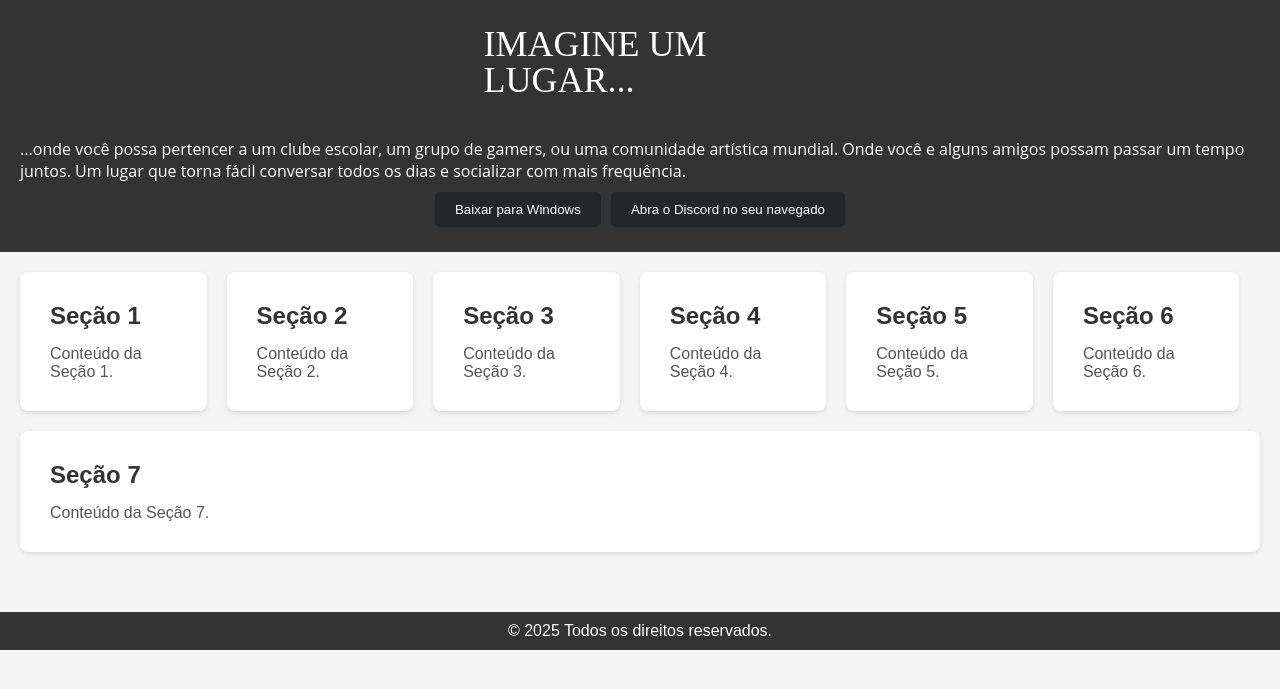
Repository: gustavotwist/projeto-discord
Page: index.html
An editor plug-in stored every save of this project. The page is shown before and after a run of saves, followed by the edit.
The browser window is 1280 px wide. The pictures show the whole page.

Above is the page before, as saved 2025-03-10 10:14:44.

### index.html
<!DOCTYPE html>
<html lang="pt-br">
<head>
    <meta charset="UTF-8">
    <meta name="viewport" content="width=device-width, initial-scale=1.0">
    <title>Desafio de Responsividade</title>
    <link rel="stylesheet" href="/css/style.css">
</head>
<body>
    <!-- Header -->
    <header>
        <h1>IMAGINE UM LUGAR...</h1>
        <p>...onde você possa pertencer a um clube escolar, um grupo de gamers, ou uma comunidade artística mundial. Onde você e alguns amigos possam passar um tempo juntos. Um lugar que torna fácil conversar todos os dias e socializar com mais frequência.</p>
        <div class="header-buttons">
            <button class="btn login-btn">Baixar para Windows</button>
            <button class="btn signup-btn">Abra o Discord no seu navegado</button>
        </div>
    </header>

    <!-- Main -->
    <main>
        <!-- Container para as 7 seções (6 lado a lado e a 7ª embaixo) -->
        <div class="section-container">
            <!-- Section 1 -->
            <section id="section1">
                <h2>Seção 1</h2>
                <p>Conteúdo da Seção 1.</p>
            </section>

            <!-- Section 2 -->
            <section id="section2">
                <h2>Seção 2</h2>
                <p>Conteúdo da Seção 2.</p>
            </section>

            <!-- Section 3 -->
            <section id="section3">
                <h2>Seção 3</h2>
                <p>Conteúdo da Seção 3.</p>
            </section>

            <!-- Section 4 -->
            <section id="section4">
                <h2>Seção 4</h2>
                <p>Conteúdo da Seção 4.</p>
            </section>

            <!-- Section 5 -->
            <section id="section5">
                <h2>Seção 5</h2>
                <p>Conteúdo da Seção 5.</p>
            </section>

            <!-- Section 6 -->
            <section id="section6">
                <h2>Seção 6</h2>
                <p>Conteúdo da Seção 6.</p>
            </section>

            <!-- Section 7 -->
            <section id="section7">
                <h2>Seção 7</h2>
                <p>Conteúdo da Seção 7.</p>
            </section>
        </div>
    </main>

    <!-- Footer -->
    <footer>
        <p>&copy; 2025 Todos os direitos reservados.</p>
    </footer>
</body>
</html>

### css/style.css
/* Reset de estilos */
* {
    margin: 0;
    padding: 0;
    box-sizing: border-box;
}

/* Corpo e fontes */
body {
    font-family: Arial, sans-serif;
    background-color: #f4f4f4;
    color: #333;
}

/* Header */
header {
    background-color: #333;
    color: white;
    display: flex;
    flex-direction: column;
    justify-content: center;
    align-items: center;
    padding: 20px;
    height: 35vh;
}

header h1 {
    font-family:Luckiest Guy;
    font-weight: 400;
    font-size: 36px;
    line-height: 100%;
    letter-spacing: 0%;
    width: 313px;
    height: 112px;
}

header p {
    font-family: Open Sans;
    font-weight: 400;
    font-size: 16px;

}


/* Botões no header */
/* Estilos para o contêiner de botões */
.header-buttons {
    display: flex;
    gap: 10px; /* Espaçamento entre os botões */
    margin-top: 10px; /* Distância entre os botões e a navegação */
    justify-content: center; /* Alinha os botões ao centro horizontalmente */
    align-items: center; /* Alinha os botões ao centro verticalmente */
}


/* Estilos gerais para os botões */
.header-buttons .btn {
    color: white;
    border: none;
    padding: 10px 20px;
    border-radius: 5px;
    cursor: pointer;
    transition: background-color 0.3s ease; /* Transição suave para o efeito de hover */
}

/* Botão de Entrar - Cor de fundo e hover específicos */
.header-buttons .login-btn {
    background-color: #23272A; /* Cor de fundo para o botão "Entrar" */
}

.header-buttons .login-btn:hover {
    background-color: #23272A ; /* Cor de fundo mais escura ao passar o mouse */
}

/* Botão de Registrar - Cor de fundo e hover específicos */
.header-buttons .signup-btn {
    background-color: #23272A; /* Cor de fundo para o botão "Registrar" */
}

.header-buttons .signup-btn:hover {
    background-color: #23272A; /* Cor de fundo mais escura ao passar o mouse */
}


/* Main */
main {
    padding: 20px;
}

/* Container para as 7 seções (6 lado a lado e a 7ª embaixo) */
.section-container {
    display: flex;
    flex-wrap: wrap; /* Para que as seções se ajustem em múltiplas linhas */
    gap: 20px; /* Espaçamento entre as seções */
}

/* Estilo para cada seção */
section {
    background-color: white;
    padding: 30px;
    margin: 0;
    border-radius: 8px;
    box-shadow: 0 2px 5px rgba(0, 0, 0, 0.1);
    transition: transform 0.3s ease;
}

/* Largura das seções */
section:nth-child(-n+6) {
    width: calc(16.66% - 20px); /* Para as 6 primeiras seções ficarem lado a lado */
}

section:nth-child(7) {
    width: 100%; /* A 7ª seção ocupa toda a largura da tela */
}

section h2 {
    margin-bottom: 15px;
    font-size: 1.5rem;
    color: #333;
}

section p {
    font-size: 1rem;
    color: #555;
}

section:hover {
    transform: translateY(-5px); /* Efeito de elevação ao passar o mouse */
}

/* Footer */
footer {
    background-color: #333;
    color: white;
    text-align: center;
    padding: 10px 0;
    margin-top: 40px;
}

/* Responsividade */
@media (max-width: 768px) {
    /* Ajuste para Header */
    header {
        flex-direction: column;
        align-items: flex-start;
        padding: 20px;
    }

    header nav ul {
        flex-direction: column;
        margin-top: 20px;
    }

    header nav ul li {
        margin-left: 0;
        margin-bottom: 10px;
    }

    /* Ajuste para Seções */
    section {
        width: 100%; /* Seções ocupam toda a largura em telas menores */
        padding: 20px;
    }

    /* Ajuste para Botões */
    .header-buttons {
        flex-direction: column;
        margin-top: 10px;
    }
}

@media (max-width: 480px) {
    /* Ajuste para texto no Footer */
    footer p {
        font-size: 0.8rem;
    }
}

After the next 6 saves:
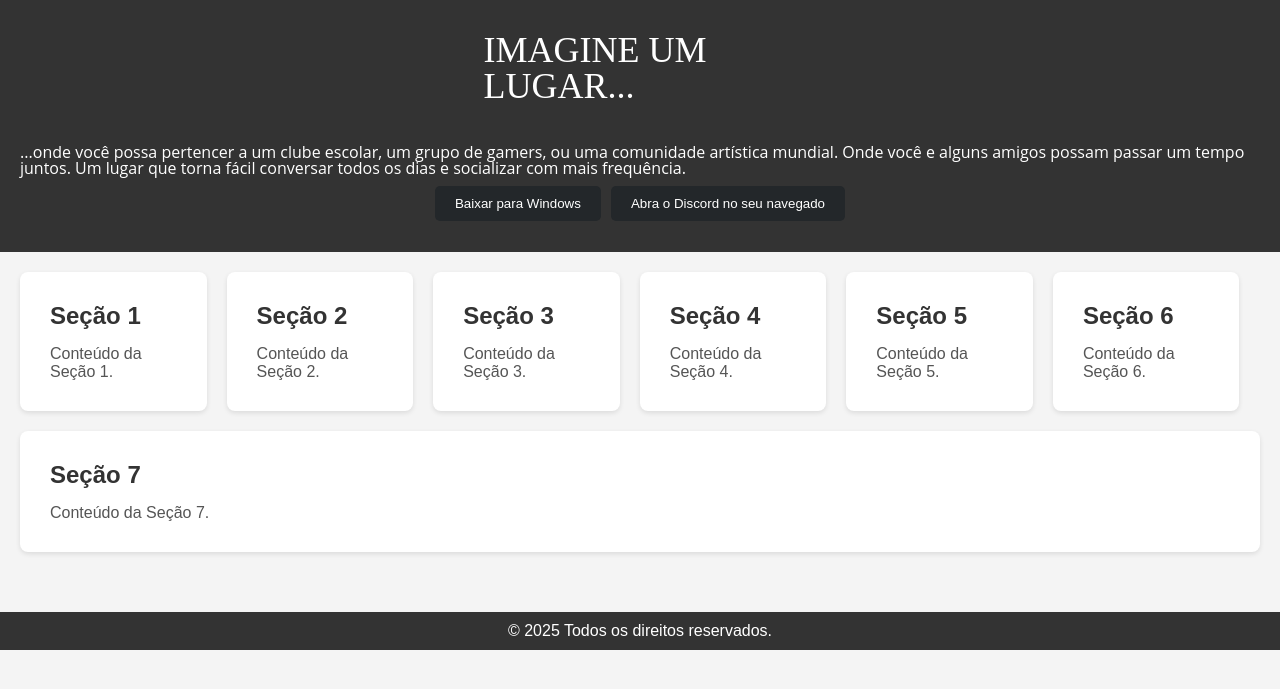
The 6 saves are shown as one change because they came seconds apart.
The last was saved 13 s later.
--- a/css/style.css
+++ b/css/style.css
@@ -38,6 +38,7 @@ header p {
     font-family: Open Sans;
     font-weight: 400;
     font-size: 16px;
+    line-height: 100%;
 
 }
 
